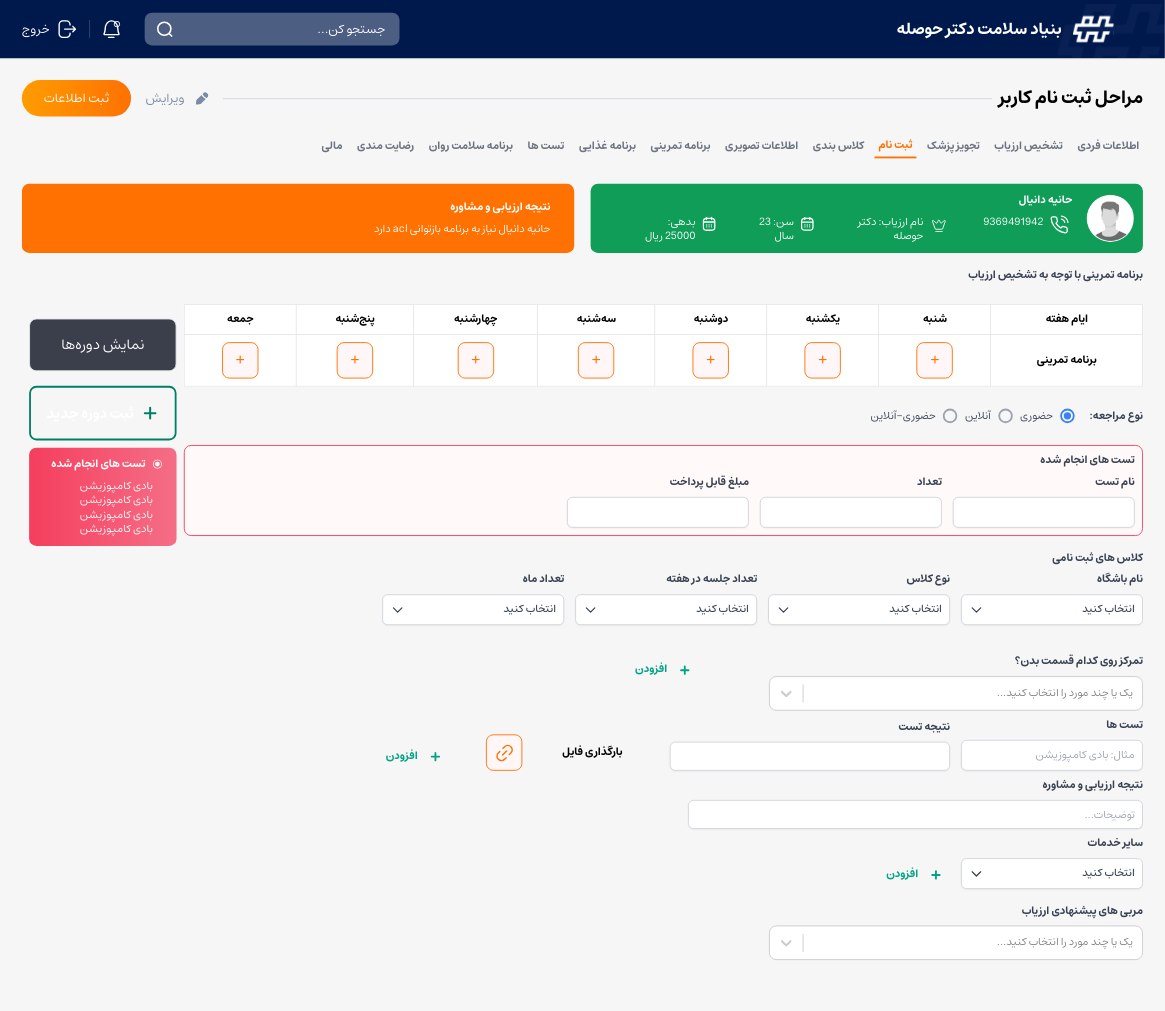
Repository: mirnajafi/ERP_hoseleh_V1.0
Page: /register, after clicking the first element matching `div.flex > :nth-child(4)`
The author's editor kept a copy of each file at every save. The page is drawn from the files as they stood at one save, then again after the next save.
The browser window is 1280 px wide. The pictures show the whole page, at 91% of full size.
Some web fonts or font styles are not loaded; a fallback is used. The project was rebuilt for these pictures with package versions that can differ from the ones it lists, and the page was loaded fresh each time. The framework's server and built-in components were replaced by stand-ins that run in the browser. Also part of the build but not shown: next.config.mjs, src/components/icons/trash.tsx, src/components/weekTable/weekTable.css, src/components/icons/copy.tsx, src/components/recognitionEvaluator/recognitionEvaluator.tsx.

Above is the page before, as saved 2025-02-28 23:55:49.

### src/app/layout.tsx
/* eslint-disable @next/next/no-img-element */
import type { Metadata } from "next";
import Header from "@/components/layout/Header";
import "@/app/globals.css";


export const metadata: Metadata = {
  title: "دکتر حوصله",
  description: "بنیاد سلامت دکتر حوصله",
};

export default function RootLayout({ children }: { children: React.ReactNode }) {
  return (
    <html lang="fa" dir="rtl">
      <body className="bg-dashboard-bg min-h-screen">
        {/* Header includes SidebarToggle, so no need to add Sidebar separately */}
        <Header />
        {/* Main Content Area */}
        <main className="transition-all duration-300 mt-16 p-6">
          {children}
        </main>

      </body>
    </html>
  );
}

### src/app/globals.css
@tailwind base;
@tailwind components;
@tailwind utilities;

@font-face {
  font-family: 'Estedad';
  src: url('/fonts/Estedad-Regular.woff2') format('woff2');
  font-weight: normal;
  font-style: normal;
  font-display: swap;
}

@font-face {
  font-family: 'Estedad';
  src: url('/fonts/Estedad-Bold.woff2') format('woff2');
  font-weight: bold;
  font-style: normal;
  font-display: swap;
}

@font-face {
  font-family: 'Estedad';
  src: url('/fonts/Estedad-Medium.woff2') format('woff2');
  font-weight: 500;
  font-style: normal;
  font-display: swap;
}

@font-face {
  font-family: 'Estedad';
  src: url('/fonts/Light.woff2') format('woff2');
  font-weight: 400;
  font-style: normal;
  font-display: swap;
}

@layer base {
  html {
    font-family: 'Estedad'
  }
}

### src/components/formTab/formTab.tsx
import { useState } from "react";

interface Tab {
  label: string;
  content: React.ReactNode;
}

interface TabsProps {
  tabs: Tab[];
  defaultIndex?: number;
}

const Tabs: React.FC<TabsProps> = ({ tabs, defaultIndex = 0 }) => {
  const [activeIndex, setActiveIndex] = useState(defaultIndex);

  return (
    <div className="w-full overflow-hidden">
      <div className="flex py-3 overflow-x-auto whitespace-nowrap">
        {tabs.map((tab, index) => (
          <button
            key={index}
            className={`ml-2 p-1 text-nowrap text-xs font-bold text-sm focus:outline-none ${activeIndex === index
                ? "border-b-2 border-[#FF7101] text-[#FF7101]"
                : "text-gray-500 hover:text-[#FF7101]"
              }`}
            onClick={() => setActiveIndex(index)}
          >
            {tab.label}
          </button>
        ))}
      </div>

      <div className="py-4">{tabs[activeIndex].content}</div>
    </div>
  );
};

export default Tabs;

### src/components/registration/registration.tsx
import Select from "react-select/base";
import WeekTable from "../weekTable/weekTable";
import TransparentBtn from "../transparentBtn/transparentBtn";
import Dropdown from "../dropdown/dropdown";
import InputDescription from "../inputDescription/inputDescription";
import FileUploader from "../fileUploader/fileUploader";
import Input from "../input/input";
import InformationUserBox from "../informationUserBox/informationUserBox";
import { useState } from "react";
import ResultBox from "../resultBox/resultBox";
import PlusIcon from "../icons/plus";
import LeftSideBox from "../leftSideBox/leftSideBox";
import RadioButton from "../radioBtn/radioBtn";

const Registration = () => {

    const [selectedOptions, setSelectedOptions] = useState([]);


    const handleSelect = (option: string) => {
        console.log("انتخاب شده:", option);
    };
    const handleFileUpload = (files: File[]) => {
        console.log("فایل‌های آپلود شده:", files);
    };

    const [selected, setSelected] = useState<string>("option1");


    const [selectedDay, setSelectedDay] = useState<string>("");

    const handleDaySelect = (day: string) => {
        setSelectedDay(day);
    };

    return (
        <div>
            <div className="w-full flex flex-row">
                <InformationUserBox name="حانیه دانیال" age="23" phoneNumber={'9369491942'} evaluator="دکتر حوصله" debt="25000" imageSrc="/images/defaultUser.png" className="w-1/2 lg:ml-2" />
                <ResultBox resultText={"حانیه دانیال نیاز به برنامه بازتوانی acl دارد"} className="w-1/2 lg:mr-2" />
            </div>



            <div className="flex flex-row  my-4 items-center">
                <label className="mb-2 text-xs font-bold text-gray-700 ml-2">برنامه تمرینی با توجه به تشخیص ارزیاب</label>

            </div>

            <div className="w-full flex flex-row">

                <div className="w-full flex flex-col">
                    <WeekTable
                        apiUrl="https://api.majidvalizadeh.com/jalali/next7"
                        selectedDay={selectedDay}
                        onDaySelect={handleDaySelect}
                    />
                    <div className="flex flex-row my-4">
                        <label className="my-2 text-xs font-bold text-gray-700 ml-4">نوع مراجعه:</label>
                        <RadioButton
                            label="حضوری"
                            name="options"
                            value="option1"
                            checked={selected === "option1"}
                            onChange={setSelected}
                        />
                        <RadioButton
                            label="آنلاین"
                            name="options"
                            value="option2"
                            checked={selected === "option2"}
                            onChange={setSelected}
                        />
                        <RadioButton
                            label="حضوری-آنلاین"
                            name="options"
                            value="option3"
                            checked={selected === "option3"}
                            onChange={setSelected}
                        />
                    </div>


                    <div className="w-full xl:py-2 my-0  flex flex-col  border border-[#F53E5E] rounded-[8px] p-[8px] bg-[#FFF9FA]">
                        <label className="text-xs font-bold text-gray-700 ml-4">تست های انجام شده</label>

                        <div className="flex flex-row">
                            <Input
                                label="نام تست"
                                type="text"
                                value={''}
                                onChange={() => { }}
                                placeholder=""
                            />
                            <Input
                                label="تعداد "
                                type="text"
                                value={''}
                                onChange={() => { }}
                                placeholder=""
                            />

                            <Input
                                label="مبلغ قابل پرداخت"
                                type="text"
                                value={''}
                                onChange={() => { }}
                                placeholder=""
                            />
                        </div>
                    </div>

                    <div className="flex flex-col  w-full xl:items-start xl:justify-right ">
                        <label className="text-xs font-bold text-gray-700 ml-4 mt-4">کلاس های ثبت نامی</label>
                        <div className="w-full">
                            <Dropdown
                                label=" نام باشگاه"
                                options={["گزینه 1", "گزینه 2", "گزینه 3"]}
                                onSelect={handleSelect}
                            />
                            <Dropdown
                                label="نوع کلاس"
                                options={["گزینه 1", "گزینه 2", "گزینه 3"]}
                                onSelect={handleSelect}
                            />
                            <Dropdown
                                label="تعداد جلسه در هفته"
                                options={["گزینه 1", "گزینه 2", "گزینه 3"]}
                                onSelect={handleSelect}
                            />
                            <Dropdown
                                label="تعداد ماه"
                                options={["گزینه 1", "گزینه 2", "گزینه 3"]}
                                onSelect={handleSelect}
                            />
                            <TransparentBtn label='افزودن' />
                        </div>
                    </div>
                </div>

                <div className="w-1/6 p-2 flex flex-col">
                    <button className="bg-[#3B3E4B] text-white p-4 w-full border rounded-[8px] my-2">نمایش دوره‌ها</button>
                    <button className="bg-transparent text-[#007F63] text-white p-4 w-full border-2 border-[#007F63] rounded-[8px] flex items-center justify-center font-bold my-2"><PlusIcon width={20} height={20} /> ثبت دوره جدید</button>
                    <LeftSideBox title={"تست های انجام شده"} test1={"بادی کامپوزیشن"} />
                </div>
            </div>


            <div className="flex flex-col  w-ful xl:w-1/3">
                <label className="mb-2 text-xs font-bold text-gray-700">تمرکز روی کدام قسمت بدن؟</label>
                <Select
                    isMulti
                    options={[
                        { value: "apple", label: "سیب" },
                        { value: "banana", label: "موز" },
                        { value: "orange", label: "پرتقال" },
                        { value: "grape", label: "انگور" },
                        { value: "watermelon", label: "هندوانه" },
                    ]}
                    value={selectedOptions}
                    onChange={setSelectedOptions}
                    placeholder="یک یا چند مورد را انتخاب کنید..."
                    noOptionsMessage={() => "موردی یافت نشد"}
                    isClearable
                    isSearchable
                    className="text-xs "
                    styles={{
                        control: (base) => ({
                            ...base,
                            borderRadius: "8px",
                            borderColor: "#ccc",
                            boxShadow: "none",
                            "&:hover": { borderColor: "#888" },
                        }),
                    }}
                />
            </div>
            <div className="flex flex-col xl:flex-row w-full xl:items-end xl:justify-right ">
                <Input
                    label="تست ها"
                    type="text"
                    value={''}
                    onChange={() => { }}
                    placeholder="مثال: بادی کامپوزیشن "
                />
                <InputDescription
                    label="نتیجه تست"
                    value={''}
                    placeholder=""
                    className="xl:w-1/4 max-w-[500px]"
                />

                <FileUploader onFileUpload={handleFileUpload} accept="image/*" multiple />
                <TransparentBtn label='افزودن' />
            </div>
            <div className="flex flex-col xl:flex-row w-full xl:items-end xl:justify-right ">

                <InputDescription
                    label="نتیجه ارزیابی و مشاوره"
                    value={''}
                    placeholder="توضیحات..."
                    className="xl:w-1/2 max-w-[500px]"
                    height="h-24"
                />

            </div>


            <div className="flex flex-col xl:flex-row w-full xl:items-end xl:justify-right ">
                <Dropdown
                    label="سایر خدمات"
                    options={["گزینه 1", "گزینه 2", "گزینه 3"]}
                    onSelect={handleSelect}
                />
                <TransparentBtn label='افزودن' />

            </div>
            <div className="flex flex-col  w-ful xl:w-1/3 my-4">
                <label className="mb-2 text-xs font-bold text-gray-700">مربی های پیشنهادی ارزیاب</label>
                <Select
                    isMulti
                    options={[
                        { value: "apple", label: "سیب" },
                        { value: "banana", label: "موز" },
                        { value: "orange", label: "پرتقال" },
                        { value: "grape", label: "انگور" },
                        { value: "watermelon", label: "هندوانه" },
                    ]}
                    value={selectedOptions}
                    onChange={setSelectedOptions}
                    placeholder="یک یا چند مورد را انتخاب کنید..."
                    noOptionsMessage={() => "موردی یافت نشد"}
                    isClearable
                    isSearchable
                    className="text-xs "
                    styles={{
                        control: (base) => ({
                            ...base,
                            borderRadius: "8px",
                            borderColor: "#ccc",
                            boxShadow: "none",
                            "&:hover": { borderColor: "#888" },
                        }),
                    }}
                />
            </div>


        </div>
    )

}
export default Registration;

### src/components/SearchInput/SearchInput.tsx
/* eslint-disable @next/next/no-img-element */
"use client";

interface SearchInputProps {
  placeholder?: string;
  className?: string;
}

export default function SearchInput({ placeholder = "جستجو کن...", className = "" }: SearchInputProps) {
  return (
    <div className="relative w-[280px]">
      <input
        type="text"
        placeholder={placeholder}
        className={`w-full h-9 bg-white bg-opacity-30 rounded-lg px-4 text-white placeholder:text-white text-sm focus:outline-none ${className}`}
      />
      <img
        src="/icons/left-icon.svg"
        alt="search"
        className="absolute left-2 top-1/2 -translate-y-1/2 w-7 h-7 brightness-0 invert"
      />
    </div>
  );
}

### src/components/formHeader/formHeader.css
.customeGradient{
    background: linear-gradient(270deg, #FF7101 0%, #FF9C00 100%);
    color: white;
    border-radius: 50px;
    padding:  10px 24px;
}

### src/components/transparentBtn/transparentBtn.tsx
'use client'; // اضافه کردن این خط برای فعال کردن کامپوننت در Client-side

import React from "react";

interface BtnProps {
    label: string;
}

const TransparentBtn: React.FC<BtnProps> = ({ label }) => {

    return (
        <div className="w-250px text-[#01A384] h-full flex xl:items-center xl:justify-center">
            <button className="flex flex-row p-2  h-full flex items-center justify-center font-bold text-xs
">
                <svg width="15" height="15" viewBox="0 0 14 15" fill="none" xmlns="http://www.w3.org/2000/svg" className="ml-3">
                    <path d="M7 3.41666V11.5833" stroke="#01A384" stroke-width="2" stroke-linecap="round" stroke-linejoin="round" />
                    <path d="M2.91602 7.5H11.0827" stroke="#01A384" stroke-width="2" stroke-linecap="round" stroke-linejoin="round" />
                </svg>
                {label}
            </button>
        </div>
    );
};

export default TransparentBtn;

### src/components/inputDescription/inputDescription.tsx
'use client';  // اضافه کردن این خط برای فعال کردن کامپوننت در Client-side

import React from "react";

interface InputProps {
  label: string;
  value: string;
  placeholder?: string;
  required?: boolean;
  className?: string;
  height?:string;
}

const InputDescription: React.FC<InputProps> = ({
  label,
  value,
  placeholder,
  required = false,
  className = "",
  height
}) => {
  return (
    <div className={`w-full xl:w-1/2 ml-3 max-w-[500px] ${className}`}>
      <label className="block text-xs text-gray-700 mb-2 mt-4 xl:my-2 font-bold font-bold">{label}</label>

      <textarea
        value={value}
        placeholder={placeholder}
        required={required}
        className={`block w-full h-8 ${height} p-2 resize-none max-w-200 overflow-hidden text-xs border border-gray-300 rounded-md shadow-sm focus:outline-none focus:ring-2 focus:ring-indigo-500 focus:border-indigo-500`}
      />
    </div>
  );
};

export default InputDescription;

### src/components/resultBox/resultBox.tsx
'use client';

import React from "react";
import './resultBox.css';


interface ResultBoxProps {
    resultText: string;
    className?: string;
}

const ResultBox: React.FC<ResultBoxProps> = ({
    resultText,
    className
}) => {
    return (
        <div className={`w-full flex flex-col lg:flex-row containResultBox text-xs ${className}`}>
            <div className="flex flex-col mr-4">
                <div className="font-bold">نتیجه ارزیابی و مشاوره</div>
                <div className="flex flex-col justify-center items-start lg:flex-row mt-2">
                    <span className="ml-10 flex flex-row-reverse">{resultText}</span>
                </div>
            </div>
        </div>
    );
};

export default ResultBox;

### src/components/icons/plus.tsx
'use client';

import React from "react";

interface IconProps {
    width?: number;
    height?: number;
    color?: string;
}

const PlusIcon: React.FC<IconProps> = ({ width, height }) => {
    return (
        <svg width={width} height={height} viewBox="0 0 36 36" fill="none" className="ml-2" xmlns="http://www.w3.org/2000/svg">
        <path d="M18 7.5V28.5" stroke="#007F63" stroke-width="4" stroke-linecap="round" stroke-linejoin="round"/>
        <path d="M7.5 18H28.5" stroke="#007F63" stroke-width="4" stroke-linecap="round" stroke-linejoin="round"/>
        </svg>


    );
};

export default PlusIcon;

### src/components/radioBtn/radioBtn.tsx
import React from "react";

interface RadioButtonProps {
  label: string;
  name: string;
  value: string;
  checked: boolean;
  onChange: (value: string) => void;
}

const RadioButton: React.FC<RadioButtonProps> = ({ label, name, value, checked, onChange }) => {
  return (
    <label className="flex items-center space-x-2 cursor-pointer text-xs">
      <input
        type="radio"
        name={name}
        value={value}
        checked={checked}
        onChange={() => onChange(value)}
        className="hidden"
      />
      <div
        className={`w-4 h-4 rounded-full border-2 ${
          checked ? "border-blue-500" : "border-gray-400"
        } flex items-center justify-center transition-all`}
      >
        {checked && <div className="w-2 h-2 bg-blue-500 rounded-full" />}
      </div>
      <span className="text-gray-700">{label}</span>
    </label>
  );
};

export default RadioButton;

### src/components/icons/uploader.tsx
'use client';

import React from "react";

interface IconProps {
    width?: number;
    height?: number;
    color?: string;
}

const UploaderIcon: React.FC<IconProps> = ({ width, height }) => {
    return (<svg width={width} height={height} viewBox="0 0 24 24" fill="none" xmlns="http://www.w3.org/2000/svg">
        <path d="M14.1211 9.87866L9.87845 14.1213" stroke="#FF7101" stroke-width="1.5" stroke-linecap="round" />
        <path d="M10.334 7.00003L12.0006 5.33336C13.8416 3.49239 16.8264 3.49239 18.6673 5.33335V5.33335C20.5083 7.17431 20.5083 10.1591 18.6673 12.0001L17.0007 13.6667" stroke="#FF7101" stroke-width="1.5" stroke-linecap="round" />
        <path d="M13.666 17L11.9994 18.6666C10.1584 20.5076 7.17362 20.5076 5.33266 18.6666V18.6666C3.4917 16.8257 3.4917 13.8409 5.33266 11.9999L6.99934 10.3333" stroke="#FF7101" stroke-width="1.5" stroke-linecap="round" />
    </svg>
    );
};

export default UploaderIcon;

### src/components/informationUserBox/informationUserBox.css
.containInfoBox {
  background: #0f9d58;
  color: white;
  justify-content: right;
  align-items: center;
  padding: 10px;
  border-radius: 8px;
}
.imageUser {
  border-radius: 100%;
}

### src/components/resultBox/resultBox.css
.containResultBox {
  background: #FF7101;
  color: white;
  justify-content: right;
  align-items: center;
  padding: 10px;
  border-radius: 8px;
  margin-right: 10px;
}

### src/components/leftSideBox/leftSideBox.css
.containLeftSideBox {
  background: linear-gradient(270deg, #F56E86 0%, #F53E5E 100%);
  color: white;
  justify-content: right;
  align-items: center;
  padding: 10px;
  border-radius: 8px;
}
.special-margin{
  margin-right: -10px;
}

### src/components/icons/circle.tsx

'use client';

import React from "react";

interface IconProps {
    width?: number;
    height?: number;
    color?: string;
}

const CircleIcon: React.FC<IconProps> = ({ width = 21, height = 22 }) => {
    return (
        <svg width={width} height={height} viewBox="0 0 12 12" className="ml-2" fill="none" xmlns="http://www.w3.org/2000/svg">
            <rect width="12" height="12" rx="6" fill="white" />
            <rect x="2" y="2" width="8" height="8" rx="4" fill="white" />
            <rect x="2" y="2" width="8" height="8" rx="4" stroke="#F56B84" stroke-width="2" />
        </svg>

    );
};

export default CircleIcon;

### tailwind.config.ts
import type { Config } from "tailwindcss";

const config: Config = {
  content: [
    "./src/pages/**/*.{js,ts,jsx,tsx,mdx}",
    "./src/components/**/*.{js,ts,jsx,tsx,mdx}",
    "./src/containers/**/*.{js,ts,jsx,tsx,mdx}",
    "./src/app/**/*.{js,ts,jsx,tsx,mdx}",
  ],
  theme: {
    extend: {
      colors: {
        "deep-blue": "#1E3A8A",
        "green": "#8BC34A",
        "orange": "#F97316",
        "red": "#E02D40",
        "yellow": "#FBBF24",
        background: "var(--background)",
        foreground: "var(--foreground)",
        secondry: {
          blue: {
            900: "#00194D",
          },
        },
        primery: {
          600: "#FF7101"
        },
        dashboard: {
          bg: "#F6F6F6"
        }
      },
    },
  },
  plugins: [],
};
export default config;

Loaded but not shown: src/components/personalInfo/personalInfo.tsx (302 lines, source omitted); src/components/weekTable/weekTable.tsx (87 lines, source omitted); src/components/dropdown/dropdown.tsx (69 lines, source omitted); src/components/icons/evaluator.tsx (26 lines, source omitted); src/components/inputDate/inputDate.tsx (67 lines, source omitted); src/components/informationUserBox/informationUserBox.tsx (61 lines, source omitted); src/components/icons/calendar.tsx (35 lines, source omitted); src/components/icons/phoneNumber.tsx (20 lines, source omitted); src/components/formHeader/formHeader.tsx (32 lines, source omitted); src/components/fileUploader/fileUploader.tsx (54 lines, source omitted); src/components/layout/Header.tsx (44 lines, source omitted); src/app/register/page.tsx (48 lines, source omitted); src/components/leftSideBox/leftSideBox.tsx (35 lines, source omitted); src/components/input/input.tsx (40 lines, source omitted)

After the next save:
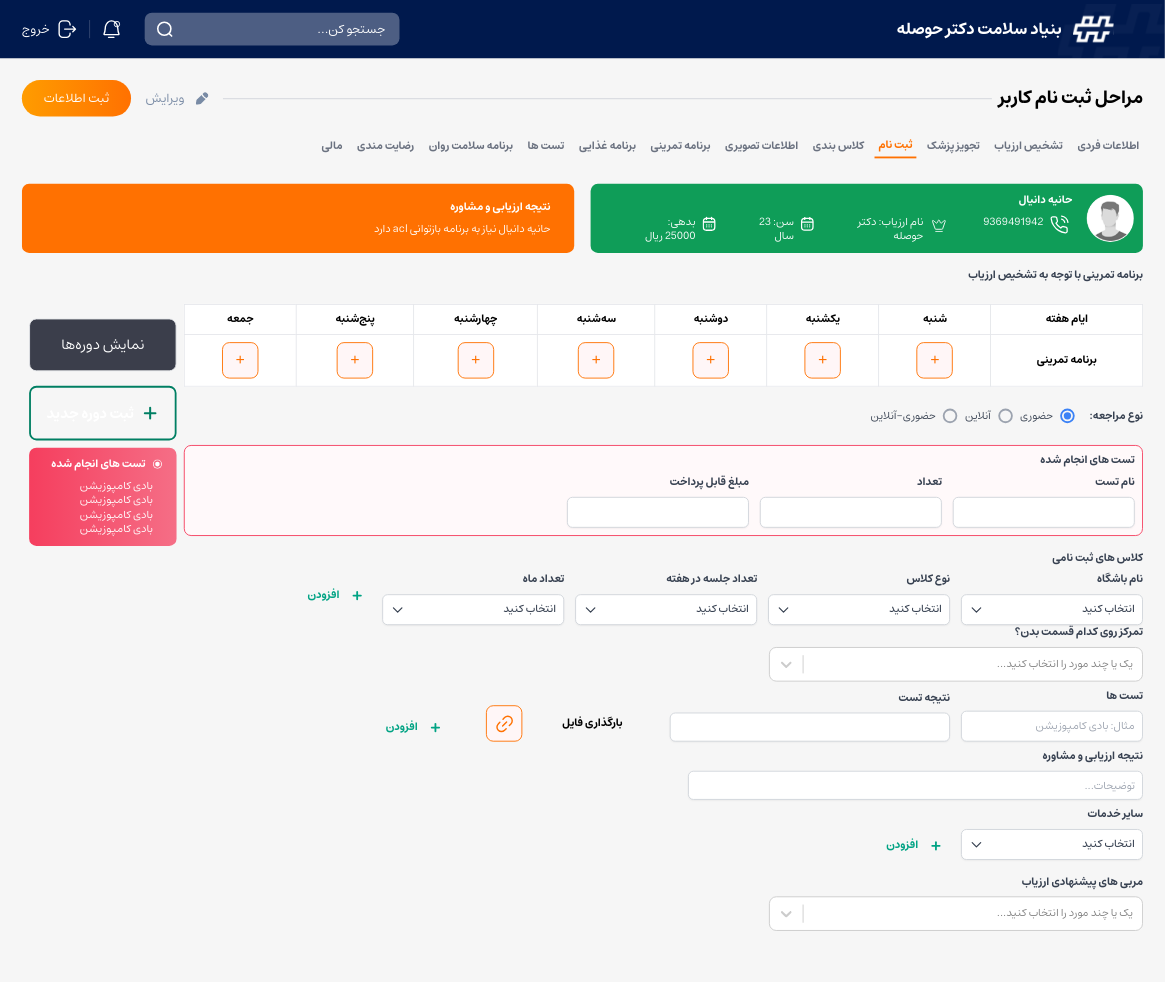
Saved 40 s later.
--- a/src/components/registration/registration.tsx
+++ b/src/components/registration/registration.tsx
@@ -112,7 +112,7 @@ const Registration = () => {
 
                     <div className="flex flex-col  w-full xl:items-start xl:justify-right ">
                         <label className="text-xs font-bold text-gray-700 ml-4 mt-4">کلاس های ثبت نامی</label>
-                        <div className="w-full">
+                        <div className="w-full flex flex-row">
                             <Dropdown
                                 label=" نام باشگاه"
                                 options={["گزینه 1", "گزینه 2", "گزینه 3"]}
